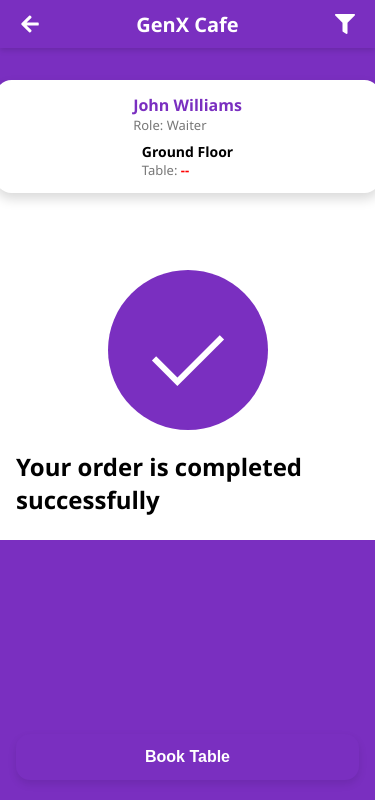
Repository: rajeshwaranslv/sturdy-spork-genx-frontend
Page: /success
These files come from the project's save history. The page is drawn as it stood at one moment and after the next save; the edit follows.
The browser window is 375 px wide. The pictures show the whole page.
The project was rebuilt for these pictures with package versions that can differ from the ones it lists, and the page was loaded fresh each time. Also part of the build but not shown: src/components/TableSelection.js, src/components/menu.css, src/components/MenuSelection.js, src/components/order.css, src/components/OrderReview.js, src/components/Billing.js.

Above is the page before, as saved 2025-07-16 17:30:17.

After the next save:
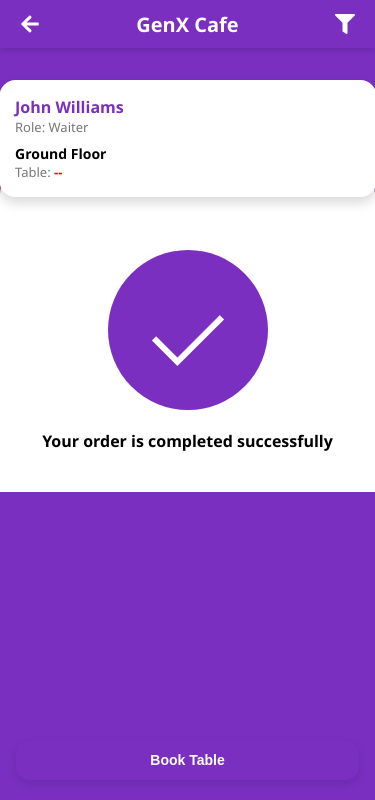
Saved 110 s later.
--- a/src/components/success.css
+++ b/src/components/success.css
@@ -3,13 +3,13 @@
   min-height: 100vh;
   display: flex;
   flex-direction: column;
-  padding-top: 70px; /* space for header */
-  align-items: center;
-  justify-content: center;
   background-color: #f8f8f8;
+  font-family: 'Segoe UI', sans-serif;
+  box-sizing: border-box;
   position: relative;
-  text-align: center;
-  box-sizing: border-box;
+  padding-top: 70px;
+  padding-bottom: 90px; /* space for bottom button */
+  overflow-x: hidden;
 }
 
 /* Header Bar */
@@ -19,7 +19,7 @@
   left: 0;
   right: 0;
   background: #7a2fc0;
-  color: white ;
+  color: white;
   display: flex;
   justify-content: space-between;
   align-items: center;
@@ -34,15 +34,68 @@
   transform: translateX(-50%);
   margin: 0;
   font-size: 20px;
-   color: white !important ;
-
+  color: white !important;
 }
 
 .icon {
+  font-size: 20px;
   color: white;
-  font-size: 20px;
   cursor: pointer;
   z-index: 10;
+}
+
+/* Waiter Card */
+.waiter-card {
+  position: absolute;
+  top: 80px;
+  left: 50%;
+  transform: translateX(-50%);
+  z-index: 900;
+  background: white;
+  border-radius: 16px;
+  box-shadow: 0 6px 12px rgba(0, 0, 0, 0.15);
+  padding: 14px 20px;
+  width: 92%;
+  max-width: 380px;
+  display: flex;
+  justify-content: space-between;
+  align-items: center;
+}
+
+.waiter-name {
+  color: #7a2fc0;
+  font-weight: bold;
+  font-size: 16px;
+}
+
+.waiter-role {
+  font-size: 13px;
+  color: #777;
+}
+
+.floor-label {
+  font-weight: bold;
+  font-size: 14px;
+}
+
+.orders-count {
+  font-size: 13px;
+  color: #777;
+}
+
+.order-red {
+  color: red;
+  font-weight: bold;
+}
+
+/* White Content Section */
+.table-section {
+  background: white;
+  margin-top: 170px; /* space for header + waiter card */
+  border-top-left-radius: 24px;
+  border-top-right-radius: 24px;
+  padding: 80px 16px 40px;
+  text-align: center;
 }
 
 /* Checkmark Animation */
@@ -54,7 +107,7 @@
   display: flex;
   align-items: center;
   justify-content: center;
-  margin: 40px auto 20px;
+  margin: 0 auto;
   animation: popCircle 0.5s ease-out;
 }
 
@@ -84,11 +137,24 @@
   }
 }
 
-/* Success Message */
-.success-page h2 {
-  font-size: 18px;
-  margin-top: 12px;
+/* Success Message Animation */
+.success-text {
+  font-size: 20px;
   color: #000000;
+  margin-top: 20px;
+  opacity: 0;
+  animation: fadeSlideIn 0.6s ease-out 0.5s forwards;
+}
+
+@keyframes fadeSlideIn {
+  0% {
+    transform: translateY(20px);
+    opacity: 0;
+  }
+  100% {
+    transform: translateY(0);
+    opacity: 1;
+  }
 }
 
 /* Fixed Bottom Button */
@@ -107,3 +173,22 @@
   cursor: pointer;
   box-shadow: 0 4px 8px rgba(0, 0, 0, 0.1);
 }
+
+/* Responsive Adjustments */
+@media (max-width: 480px) {
+  .waiter-card {
+    flex-direction: column;
+    align-items: flex-start;
+    padding: 16px;
+    gap: 8px;
+  }
+
+  .success-text {
+    font-size: 16px;
+  }
+
+  .footer-btn {
+    font-size: 14px;
+    padding: 12px;
+  }
+}

After the save that followed:
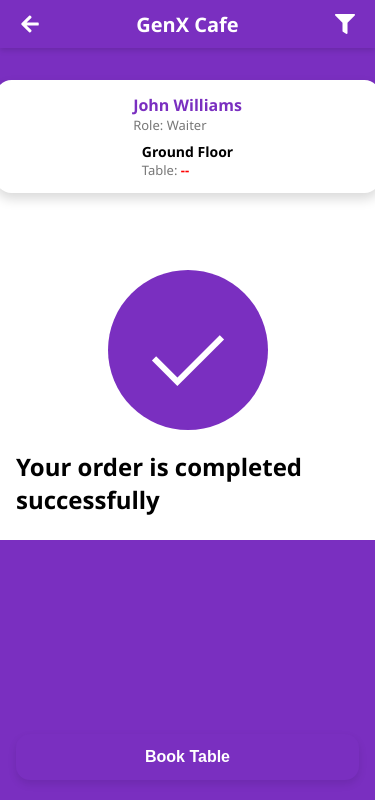
Saved 41 s later.
--- a/src/components/success.css
+++ b/src/components/success.css
@@ -3,13 +3,13 @@
   min-height: 100vh;
   display: flex;
   flex-direction: column;
+  padding-top: 70px; /* space for header */
+  align-items: center;
+  justify-content: center;
   background-color: #f8f8f8;
-  font-family: 'Segoe UI', sans-serif;
+  position: relative;
+  text-align: center;
   box-sizing: border-box;
-  position: relative;
-  padding-top: 70px;
-  padding-bottom: 90px; /* space for bottom button */
-  overflow-x: hidden;
 }
 
 /* Header Bar */
@@ -19,7 +19,7 @@
   left: 0;
   right: 0;
   background: #7a2fc0;
-  color: white;
+  color: white ;
   display: flex;
   justify-content: space-between;
   align-items: center;
@@ -34,68 +34,15 @@
   transform: translateX(-50%);
   margin: 0;
   font-size: 20px;
-  color: white !important;
+   color: white !important ;
+
 }
 
 .icon {
+  color: white;
   font-size: 20px;
-  color: white;
   cursor: pointer;
   z-index: 10;
-}
-
-/* Waiter Card */
-.waiter-card {
-  position: absolute;
-  top: 80px;
-  left: 50%;
-  transform: translateX(-50%);
-  z-index: 900;
-  background: white;
-  border-radius: 16px;
-  box-shadow: 0 6px 12px rgba(0, 0, 0, 0.15);
-  padding: 14px 20px;
-  width: 92%;
-  max-width: 380px;
-  display: flex;
-  justify-content: space-between;
-  align-items: center;
-}
-
-.waiter-name {
-  color: #7a2fc0;
-  font-weight: bold;
-  font-size: 16px;
-}
-
-.waiter-role {
-  font-size: 13px;
-  color: #777;
-}
-
-.floor-label {
-  font-weight: bold;
-  font-size: 14px;
-}
-
-.orders-count {
-  font-size: 13px;
-  color: #777;
-}
-
-.order-red {
-  color: red;
-  font-weight: bold;
-}
-
-/* White Content Section */
-.table-section {
-  background: white;
-  margin-top: 170px; /* space for header + waiter card */
-  border-top-left-radius: 24px;
-  border-top-right-radius: 24px;
-  padding: 80px 16px 40px;
-  text-align: center;
 }
 
 /* Checkmark Animation */
@@ -107,7 +54,7 @@
   display: flex;
   align-items: center;
   justify-content: center;
-  margin: 0 auto;
+  margin: 40px auto 20px;
   animation: popCircle 0.5s ease-out;
 }
 
@@ -137,24 +84,11 @@
   }
 }
 
-/* Success Message Animation */
-.success-text {
-  font-size: 20px;
+/* Success Message */
+.success-page h2 {
+  font-size: 18px;
+  margin-top: 12px;
   color: #000000;
-  margin-top: 20px;
-  opacity: 0;
-  animation: fadeSlideIn 0.6s ease-out 0.5s forwards;
-}
-
-@keyframes fadeSlideIn {
-  0% {
-    transform: translateY(20px);
-    opacity: 0;
-  }
-  100% {
-    transform: translateY(0);
-    opacity: 1;
-  }
 }
 
 /* Fixed Bottom Button */
@@ -173,22 +107,3 @@
   cursor: pointer;
   box-shadow: 0 4px 8px rgba(0, 0, 0, 0.1);
 }
-
-/* Responsive Adjustments */
-@media (max-width: 480px) {
-  .waiter-card {
-    flex-direction: column;
-    align-items: flex-start;
-    padding: 16px;
-    gap: 8px;
-  }
-
-  .success-text {
-    font-size: 16px;
-  }
-
-  .footer-btn {
-    font-size: 14px;
-    padding: 12px;
-  }
-}
